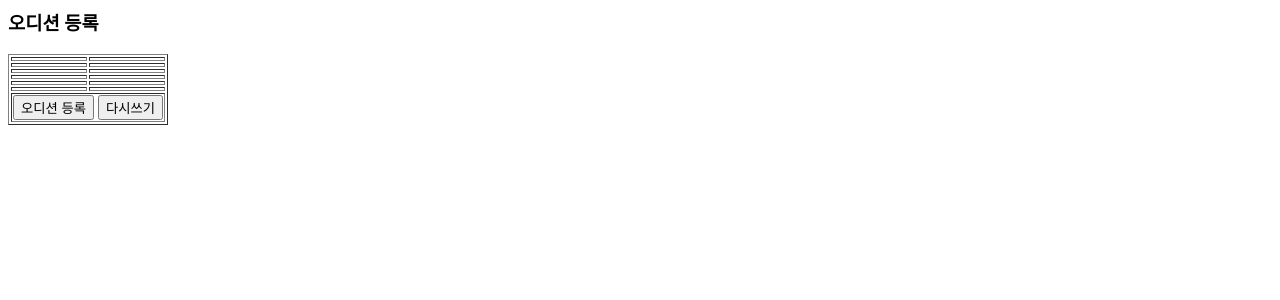
Repository: JQWJ/oudition_jsp
Page: http://localhost/oudition_pro/action/insert_oudition.jsp
An editor plug-in stored every save of this project. The page is shown before and after the next save, followed by the edit.
The browser window is 1280 px wide. The pictures show the whole page.
The page is served by Tomcat 9.

Above is the page before, as saved 2020-12-09 05:23:42.

### oudition_pro/WebContent/action/insert_oudition.jsp
<%@ page language="java" contentType="text/html; charset=UTF-8"
    pageEncoding="UTF-8"%>
<h3>오디션 등록</h3>

<form action="action/insert_oudition">
	<table border="1">
		<tr>
			<td></td>
			<td></td>
		</tr>
		<tr>
			<td></td>
			<td></td>
		</tr>
		<tr>
			<td></td>
			<td></td>
		</tr>
		<tr>
			<td></td>
			<td></td>
		</tr>
		<tr>
			<td></td>
			<td></td>
		</tr>
		<tr>
			<td></td>
			<td></td>
		</tr>
		<tr>
			<td colspan="2">
				<input type="button" value="오디션 등록">
				<input type="button" value="다시쓰기">
			</td>
		</tr>
	</table>
</form>

After the next save:
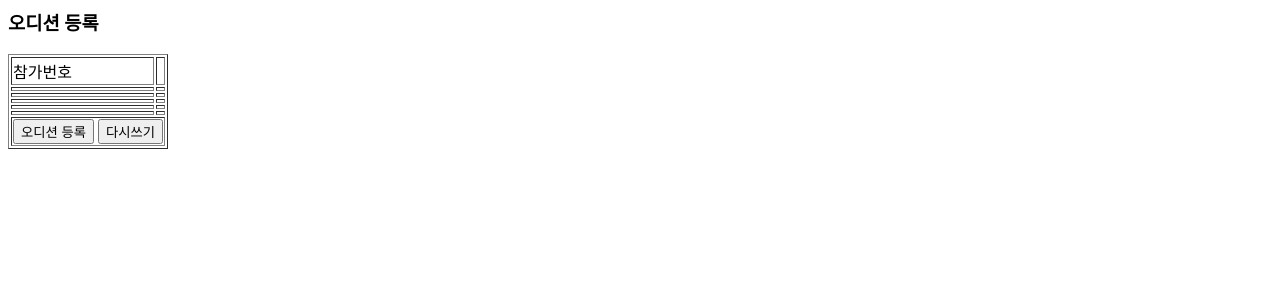
Saved 6 s later.
--- a/oudition_pro/WebContent/action/insert_oudition.jsp
+++ b/oudition_pro/WebContent/action/insert_oudition.jsp
@@ -5,7 +5,7 @@
 <form action="action/insert_oudition">
 	<table border="1">
 		<tr>
-			<td></td>
+			<td>참가번호</td>
 			<td></td>
 		</tr>
 		<tr>
